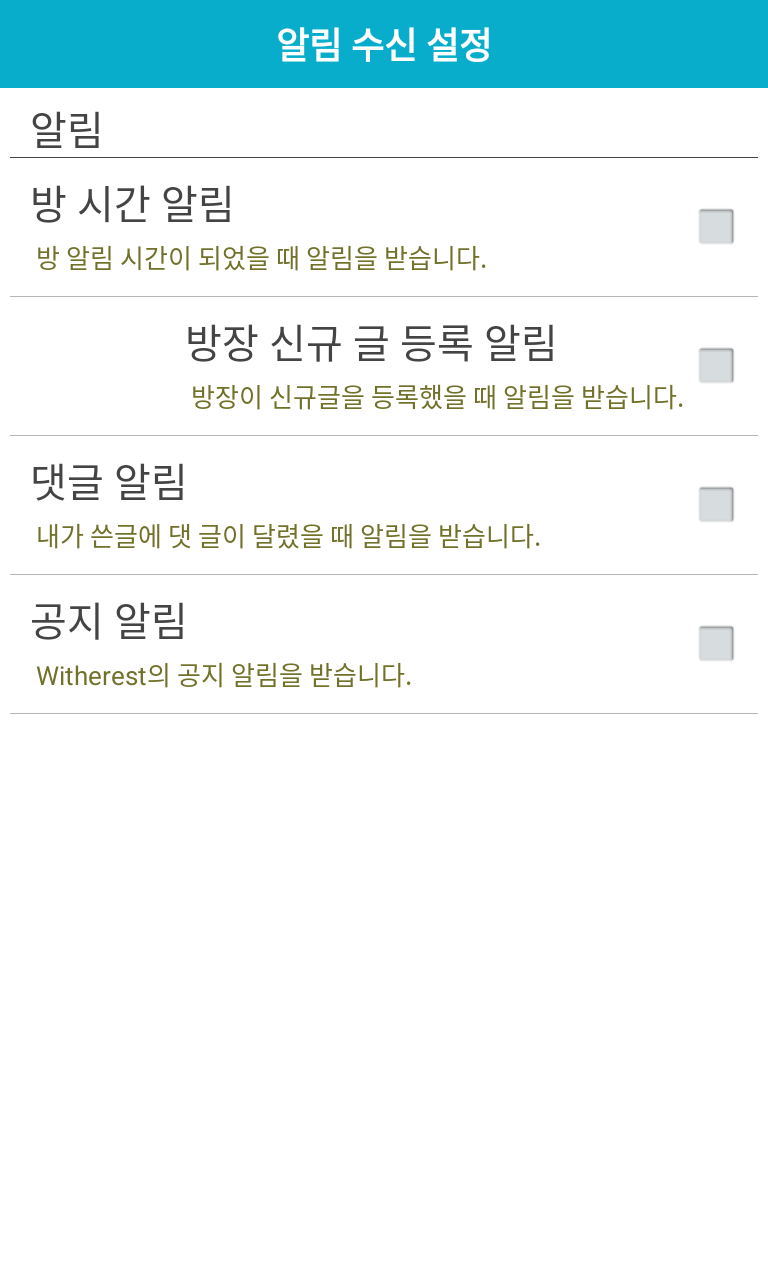
Repository: belhyun/witherest-android
Layout: Witherest/res/layout/activity_notificationconfig.xml
The author's editor kept a copy of each file at every save. The layout is drawn from the files as they stood at one save, then again after the next save.
It is drawn on a 768 x 1280 px phone screen (xhdpi) without system bars, with theme android:Theme.Holo.NoActionBar; the app's code is not run.

Above is the layout before, as saved 2013-07-07 20:44:21.

After the next save:
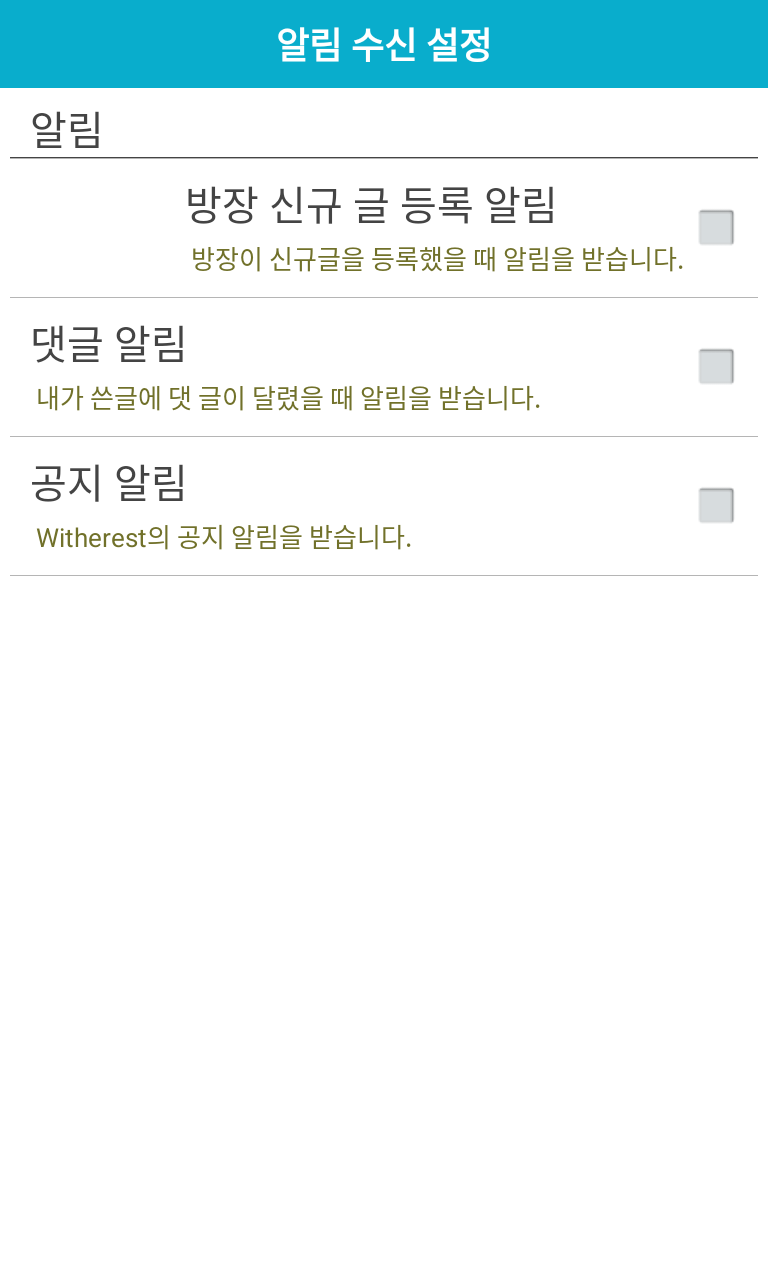
Saved 36 s later.
--- a/Witherest/res/layout/activity_notificationconfig.xml
+++ b/Witherest/res/layout/activity_notificationconfig.xml
@@ -71,6 +71,7 @@
                         android:layout_marginBottom="5dp"
                         android:layout_marginLeft="5dp"
                         android:layout_marginTop="2dp"
+                        android:layout_toLeftOf="@+id/activity_noti_roomtime_btn"
                         android:orientation="vertical" >
 
                         <TextView
@@ -94,7 +95,7 @@
                     </LinearLayout>
 
                     <CheckBox
-                        android:id="@+id/activity_noti_roomtime_btn"
+                        android:id="@id/activity_noti_roomtime_btn"
                         android:layout_width="wrap_content"
                         android:layout_height="wrap_content"
                         android:layout_alignParentBottom="true"

After the save that followed:
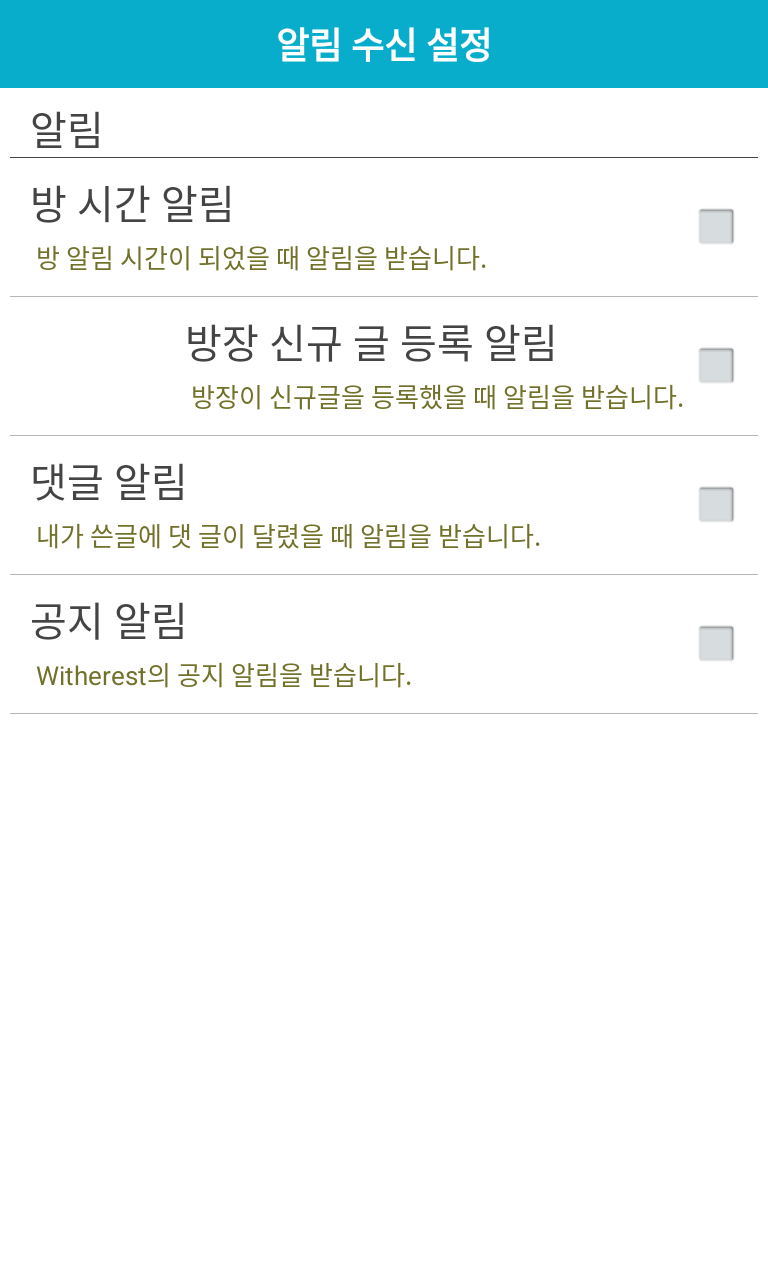
Saved 28 s later.
--- a/Witherest/res/layout/activity_notificationconfig.xml
+++ b/Witherest/res/layout/activity_notificationconfig.xml
@@ -100,7 +100,7 @@
                         android:layout_height="wrap_content"
                         android:layout_alignParentBottom="true"
                         android:layout_alignParentRight="true"
-                        android:layout_alignRight="@id/activity_noti_config_linear1"
+
                         android:layout_centerVertical="true"
                         android:background="@drawable/check_on_off" />
                 </RelativeLayout>
